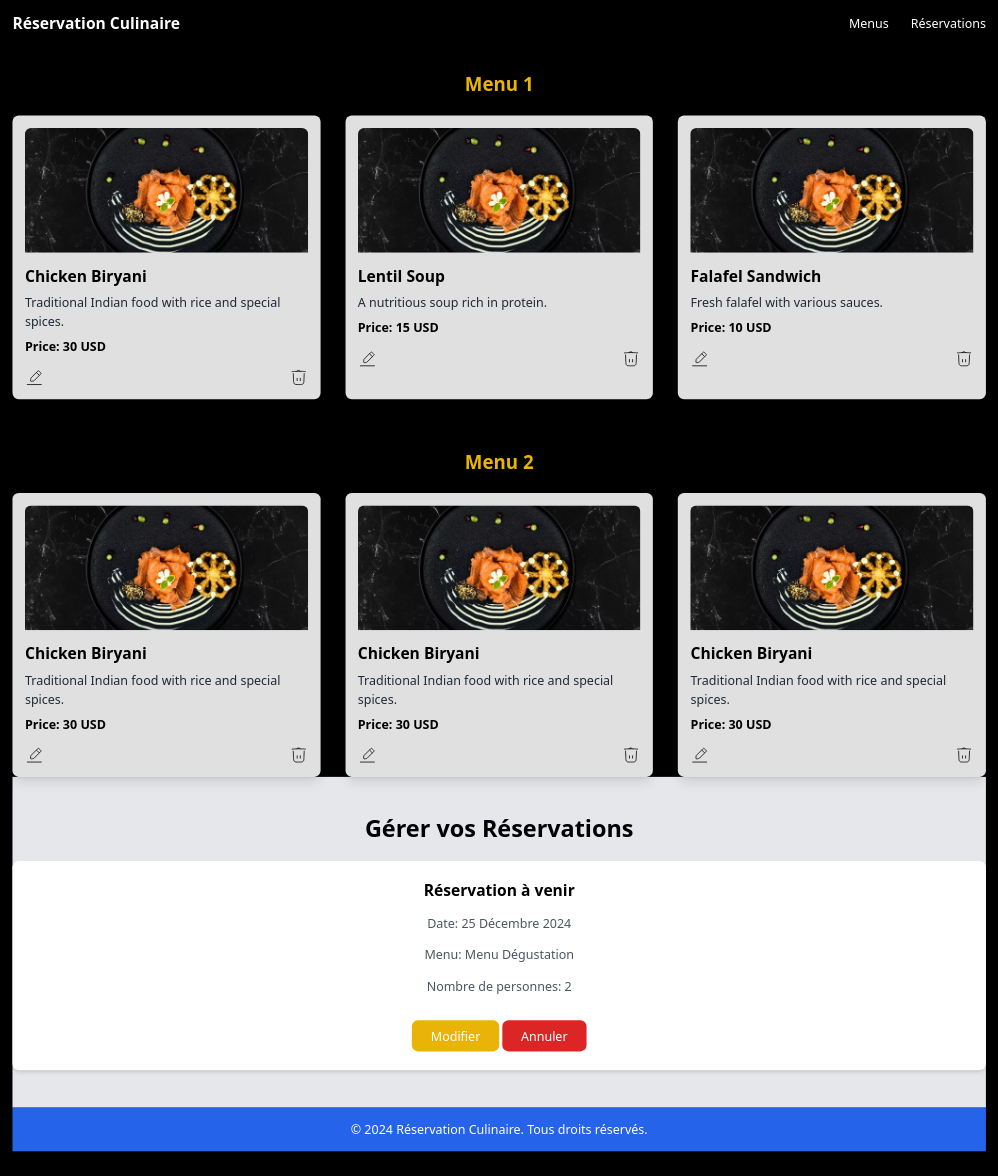
Repository: HamzaChehlaoui/Site-Web-pour-un-Chef-Cuisinier
Page: http://localhost/menuutil.php
These files come from the project's save history. The page is drawn as it stood at one moment and after a run of saves; the edit follows.
The browser window is 1280 px wide. The pictures show the whole page, at 78% of full size.
Some web libraries are served in a nearby version. The page is run by PHP 8.4 with error messages shown; the project is at /var/www/html/.

Above is the page before, as saved 2024-12-18 16:55:48.

### menuutil.php
<!DOCTYPE html>
<html lang="fr">
<head>
    <meta charset="UTF-8">
    <meta name="viewport" content="width=device-width, initial-scale=1.0">
    <title>Réservation d'Expérience Culinaire</title>
    <script src="https://cdn.tailwindcss.com"></script></head>
<body class="bg-black font-sans">

    <!-- Navbar -->
    <header class="bg-black text-white p-4">
        <div class="max-w-7xl mx-auto flex justify-between items-center">
            <h1 class="text-xl font-semibold">Réservation Culinaire</h1>
            <nav class="space-x-6">
                <a href="#menus" class="hover:text-gray-300">Menus</a>
                <a href="#reservations" class="hover:text-gray-300">Réservations</a>
            </nav>
        </div>
    </header>

    <!-- Menu Section -->
    <section class="py-8">
        <div class="container mx-auto px-4">
            <h2 class="text-2xl font-semibold mb-6 text-center text-yellow-500">Menu 1</h2>
            <div class="grid grid-cols-1 sm:grid-cols-2 lg:grid-cols-3 gap-8">
                <!-- Dish 1 -->
                <div class="bg-[#E0E0E0] p-4 rounded-lg shadow-lg hover:shadow-xl hover:bg-[#E0E0E0] transition duration-300">
                    <img src="zalmbloem-met-roomkaas_hr-4.webp" alt="Dish 1" class="w-full h-40 object-cover rounded-t-lg">
                    <h3 class="text-xl font-semibold mt-4 text-black">Chicken Biryani</h3>
                    <p class="text-gray-800 mt-2">Traditional Indian food with rice and special spices.</p>
                    <p class="mt-2 font-bold text-black">Price: 30 USD</p>
                      <!-- Edit and Delete buttons -->
                    <div class="mt-4 flex justify-between">
                    <svg width="24" height="24" viewBox="0 0 24 24" fill="none" xmlns="http://www.w3.org/2000/svg">
                    <path d="M15.7734 4.42255L8.01924 12.2706C7.79291 12.4996 7.67974 12.6142 7.60917 12.7552C7.53859 12.8961 7.51521 13.0544 7.46845 13.3709L7.30803 14.4566C7.12534 15.693 7.034 16.3112 7.40145 16.6645C7.7689 17.0178 8.39306 16.9118 9.64137 16.6999L10.7375 16.5139C11.0571 16.4596 11.2168 16.4325 11.3579 16.3593C11.499 16.2861 11.6121 16.1715 11.8385 15.9425L19.5927 8.09446C20.2553 7.42379 20.5866 7.08846 20.5814 6.67712C20.5761 6.26578 20.2363 5.93906 19.5566 5.28563L18.6209 4.38599C17.9412 3.73256 17.6014 3.40584 17.1844 3.4112C16.7674 3.41655 16.4361 3.75188 15.7734 4.42255Z" stroke="black" stroke-width="null" class="my-path"></path>
                    <path d="M18.3329 9.22206L14.7773 5.6665" stroke="black" stroke-width="null" class="my-path"></path>
                    <path d="M21 21H3" stroke="black" stroke-width="null" stroke-linecap="round" class="my-path"></path>
                    </svg>
                    <!-- delete  -->
                    <svg width="24" height="24" viewBox="0 0 24 24" fill="none" xmlns="http://www.w3.org/2000/svg">
                    <path d="M5 7L5.29949 14.7868C5.41251 17.7252 5.46902 19.1944 6.40719 20.0972C7.34537 21 8.81543 21 11.7555 21H12.2433C15.1842 21 16.6547 21 17.5928 20.0972C18.531 19.1944 18.5875 17.7252 18.7006 14.7868L19 7" stroke="black" stroke-width="null" stroke-linecap="round" class="my-path"></path>
                    <path d="M10 13V16" stroke="black" stroke-width="null" stroke-linecap="round" class="my-path"></path>
                    <path d="M14 13V16" stroke="black" stroke-width="null" stroke-linecap="round" class="my-path"></path>
                    <path d="M20.4706 4.43329C18.6468 4.27371 17.735 4.19392 16.8229 4.13611C13.6109 3.93249 10.3891 3.93249 7.17707 4.13611C6.26506 4.19392 5.35318 4.27371 3.52942 4.43329" stroke="black" stroke-width="null" stroke-linecap="round" class="my-path"></path>
                    <path d="M13.7647 3.95212C13.7647 3.95212 13.3993 2.98339 11.6471 2.9834C9.8949 2.9834 9.52942 3.95211 9.52942 3.95211" stroke="black" stroke-width="null" stroke-linecap="round" class="my-path"></path>
                    </svg>
                    </div>
                </div>
                <!-- Dish 2 -->
                <div class="bg-[#E0E0E0] p-4 rounded-lg shadow-lg hover:shadow-xl hover:bg-[#E0E0E0] transition duration-300">
                    <img src="zalmbloem-met-roomkaas_hr-4.webp" alt="Dish 2" class="w-full h-40 object-cover rounded-t-lg">
                    <h3 class="text-xl font-semibold mt-4 text-black">Lentil Soup</h3>
                    <p class="text-gray-800 mt-2">A nutritious soup rich in protein.</p>
                    <p class="mt-2 font-bold text-black">Price: 15 USD</p>
                      <!-- Edit and Delete buttons -->
                    <div class="mt-4 flex justify-between">
                    <svg width="24" height="24" viewBox="0 0 24 24" fill="none" xmlns="http://www.w3.org/2000/svg">
                    <path d="M15.7734 4.42255L8.01924 12.2706C7.79291 12.4996 7.67974 12.6142 7.60917 12.7552C7.53859 12.8961 7.51521 13.0544 7.46845 13.3709L7.30803 14.4566C7.12534 15.693 7.034 16.3112 7.40145 16.6645C7.7689 17.0178 8.39306 16.9118 9.64137 16.6999L10.7375 16.5139C11.0571 16.4596 11.2168 16.4325 11.3579 16.3593C11.499 16.2861 11.6121 16.1715 11.8385 15.9425L19.5927 8.09446C20.2553 7.42379 20.5866 7.08846 20.5814 6.67712C20.5761 6.26578 20.2363 5.93906 19.5566 5.28563L18.6209 4.38599C17.9412 3.73256 17.6014 3.40584 17.1844 3.4112C16.7674 3.41655 16.4361 3.75188 15.7734 4.42255Z" stroke="black" stroke-width="null" class="my-path"></path>
                    <path d="M18.3329 9.22206L14.7773 5.6665" stroke="black" stroke-width="null" class="my-path"></path>
                    <path d="M21 21H3" stroke="black" stroke-width="null" stroke-linecap="round" class="my-path"></path>
                    </svg>
                    <!-- delete  -->
                    <svg width="24" height="24" viewBox="0 0 24 24" fill="none" xmlns="http://www.w3.org/2000/svg">
                    <path d="M5 7L5.29949 14.7868C5.41251 17.7252 5.46902 19.1944 6.40719 20.0972C7.34537 21 8.81543 21 11.7555 21H12.2433C15.1842 21 16.6547 21 17.5928 20.0972C18.531 19.1944 18.5875 17.7252 18.7006 14.7868L19 7" stroke="black" stroke-width="null" stroke-linecap="round" class="my-path"></path>
                    <path d="M10 13V16" stroke="black" stroke-width="null" stroke-linecap="round" class="my-path"></path>
                    <path d="M14 13V16" stroke="black" stroke-width="null" stroke-linecap="round" class="my-path"></path>
                    <path d="M20.4706 4.43329C18.6468 4.27371 17.735 4.19392 16.8229 4.13611C13.6109 3.93249 10.3891 3.93249 7.17707 4.13611C6.26506 4.19392 5.35318 4.27371 3.52942 4.43329" stroke="black" stroke-width="null" stroke-linecap="round" class="my-path"></path>
                    <path d="M13.7647 3.95212C13.7647 3.95212 13.3993 2.98339 11.6471 2.9834C9.8949 2.9834 9.52942 3.95211 9.52942 3.95211" stroke="black" stroke-width="null" stroke-linecap="round" class="my-path"></path>
                    </svg>
                    </div>
                </div>
                <!-- Dish 3 -->
                <div class="bg-[#E0E0E0] p-4 rounded-lg shadow-lg hover:shadow-xl hover:bg-[#E0E0E0] transition duration-300">
                    <img src="zalmbloem-met-roomkaas_hr-4.webp" alt="Dish 3" class="w-full h-40 object-cover rounded-t-lg">
                    <h3 class="text-xl font-semibold mt-4 text-black">Falafel Sandwich</h3>
                    <p class="text-gray-800 mt-2">Fresh falafel with various sauces.</p>
                    <p class="mt-2 font-bold text-black">Price: 10 USD</p>
                       <!-- Edit and Delete buttons -->
                    <div class="mt-4 flex justify-between">
                        <!-- edit  -->
                    <svg width="24" height="24" viewBox="0 0 24 24" fill="none" xmlns="http://www.w3.org/2000/svg">
                    <path d="M15.7734 4.42255L8.01924 12.2706C7.79291 12.4996 7.67974 12.6142 7.60917 12.7552C7.53859 12.8961 7.51521 13.0544 7.46845 13.3709L7.30803 14.4566C7.12534 15.693 7.034 16.3112 7.40145 16.6645C7.7689 17.0178 8.39306 16.9118 9.64137 16.6999L10.7375 16.5139C11.0571 16.4596 11.2168 16.4325 11.3579 16.3593C11.499 16.2861 11.6121 16.1715 11.8385 15.9425L19.5927 8.09446C20.2553 7.42379 20.5866 7.08846 20.5814 6.67712C20.5761 6.26578 20.2363 5.93906 19.5566 5.28563L18.6209 4.38599C17.9412 3.73256 17.6014 3.40584 17.1844 3.4112C16.7674 3.41655 16.4361 3.75188 15.7734 4.42255Z" stroke="black" stroke-width="null" class="my-path"></path>
                    <path d="M18.3329 9.22206L14.7773 5.6665" stroke="black" stroke-width="null" class="my-path"></path>
                    <path d="M21 21H3" stroke="black" stroke-width="null" stroke-linecap="round" class="my-path"></path>
                    </svg>
                    <!-- delete  -->
                    <svg width="24" height="24" viewBox="0 0 24 24" fill="none" xmlns="http://www.w3.org/2000/svg">
                    <path d="M5 7L5.29949 14.7868C5.41251 17.7252 5.46902 19.1944 6.40719 20.0972C7.34537 21 8.81543 21 11.7555 21H12.2433C15.1842 21 16.6547 21 17.5928 20.0972C18.531 19.1944 18.5875 17.7252 18.7006 14.7868L19 7" stroke="black" stroke-width="null" stroke-linecap="round" class="my-path"></path>
                    <path d="M10 13V16" stroke="black" stroke-width="null" stroke-linecap="round" class="my-path"></path>
                    <path d="M14 13V16" stroke="black" stroke-width="null" stroke-linecap="round" class="my-path"></path>
                    <path d="M20.4706 4.43329C18.6468 4.27371 17.735 4.19392 16.8229 4.13611C13.6109 3.93249 10.3891 3.93249 7.17707 4.13611C6.26506 4.19392 5.35318 4.27371 3.52942 4.43329" stroke="black" stroke-width="null" stroke-linecap="round" class="my-path"></path>
                    <path d="M13.7647 3.95212C13.7647 3.95212 13.3993 2.98339 11.6471 2.9834C9.8949 2.9834 9.52942 3.95211 9.52942 3.95211" stroke="black" stroke-width="null" stroke-linecap="round" class="my-path"></path>
                    </svg>
                    </div>
                </div>
                </div>
            </div>
        </div>
         <!-- /* From Uiverse.io by OnCloud125252 */  -->

    </section>
    <section class="py-8">
        <div class="container mx-auto px-4">
            <h2 class="text-2xl font-semibold mb-6 text-center text-yellow-500">Menu 2</h2>
            <div class="grid grid-cols-1 sm:grid-cols-2 lg:grid-cols-3 gap-8">
                <!-- Repeat the dishes here with Edit and Delete buttons -->
                <div class="bg-[#E0E0E0] p-4 rounded-lg shadow-lg hover:shadow-xl hover:bg-[#E0E0E0] transition duration-300">
                    <img src="zalmbloem-met-roomkaas_hr-4.webp" alt="Dish 1" class="w-full h-40 object-cover rounded-t-lg">
                    <h3 class="text-xl font-semibold mt-4 text-black">Chicken Biryani</h3>
                    <p class="text-gray-800 mt-2">Traditional Indian food with rice and special spices.</p>
                    <p class="mt-2 font-bold text-black">Price: 30 USD</p>
                      <!-- Edit and Delete buttons -->
                    <div class="mt-4 flex justify-between">
                        <!-- edit  -->
                    <svg width="24" height="24" viewBox="0 0 24 24" fill="none" xmlns="http://www.w3.org/2000/svg">
                    <path d="M15.7734 4.42255L8.01924 12.2706C7.79291 12.4996 7.67974 12.6142 7.60917 12.7552C7.53859 12.8961 7.51521 13.0544 7.46845 13.3709L7.30803 14.4566C7.12534 15.693 7.034 16.3112 7.40145 16.6645C7.7689 17.0178 8.39306 16.9118 9.64137 16.6999L10.7375 16.5139C11.0571 16.4596 11.2168 16.4325 11.3579 16.3593C11.499 16.2861 11.6121 16.1715 11.8385 15.9425L19.5927 8.09446C20.2553 7.42379 20.5866 7.08846 20.5814 6.67712C20.5761 6.26578 20.2363 5.93906 19.5566 5.28563L18.6209 4.38599C17.9412 3.73256 17.6014 3.40584 17.1844 3.4112C16.7674 3.41655 16.4361 3.75188 15.7734 4.42255Z" stroke="black" stroke-width="null" class="my-path"></path>
                    <path d="M18.3329 9.22206L14.7773 5.6665" stroke="black" stroke-width="null" class="my-path"></path>
                    <path d="M21 21H3" stroke="black" stroke-width="null" stroke-linecap="round" class="my-path"></path>
                    </svg>
                    <!-- delete  -->
                    <svg width="24" height="24" viewBox="0 0 24 24" fill="none" xmlns="http://www.w3.org/2000/svg">
                    <path d="M5 7L5.29949 14.7868C5.41251 17.7252 5.46902 19.1944 6.40719 20.0972C7.34537 21 8.81543 21 11.7555 21H12.2433C15.1842 21 16.6547 21 17.5928 20.0972C18.531 19.1944 18.5875 17.7252 18.7006 14.7868L19 7" stroke="black" stroke-width="null" stroke-linecap="round" class="my-path"></path>
                    <path d="M10 13V16" stroke="black" stroke-width="null" stroke-linecap="round" class="my-path"></path>
                    <path d="M14 13V16" stroke="black" stroke-width="null" stroke-linecap="round" class="my-path"></path>
                    <path d="M20.4706 4.43329C18.6468 4.27371 17.735 4.19392 16.8229 4.13611C13.6109 3.93249 10.3891 3.93249 7.17707 4.13611C6.26506 4.19392 5.35318 4.27371 3.52942 4.43329" stroke="black" stroke-width="null" stroke-linecap="round" class="my-path"></path>
                    <path d="M13.7647 3.95212C13.7647 3.95212 13.3993 2.98339 11.6471 2.9834C9.8949 2.9834 9.52942 3.95211 9.52942 3.95211" stroke="black" stroke-width="null" stroke-linecap="round" class="my-path"></path>
                    </svg>
                    </div>
                </div>
                <!-- Dish 1 -->
                <div class="bg-[#E0E0E0] p-4 rounded-lg shadow-lg hover:shadow-xl hover:bg-[#E0E0E0] transition duration-300">
                    <img src="zalmbloem-met-roomkaas_hr-4.webp" alt="Dish 1" class="w-full h-40 object-cover rounded-t-lg">
                    <h3 class="text-xl font-semibold mt-4 text-black">Chicken Biryani</h3>
                    <p class="text-gray-800 mt-2">Traditional Indian food with rice and special spices.</p>
                    <p class="mt-2 font-bold text-black">Price: 30 USD</p>
                      <!-- Edit and Delete buttons -->
                    <div class="mt-4 flex justify-between">
                    <svg width="24" height="24" viewBox="0 0 24 24" fill="none" xmlns="http://www.w3.org/2000/svg">
                    <path d="M15.7734 4.42255L8.01924 12.2706C7.79291 12.4996 7.67974 12.6142 7.60917 12.7552C7.53859 12.8961 7.51521 13.0544 7.46845 13.3709L7.30803 14.4566C7.12534 15.693 7.034 16.3112 7.40145 16.6645C7.7689 17.0178 8.39306 16.9118 9.64137 16.6999L10.7375 16.5139C11.0571 16.4596 11.2168 16.4325 11.3579 16.3593C11.499 16.2861 11.6121 16.1715 11.8385 15.9425L19.5927 8.09446C20.2553 7.42379 20.5866 7.08846 20.5814 6.67712C20.5761 6.26578 20.2363 5.93906 19.5566 5.28563L18.6209 4.38599C17.9412 3.73256 17.6014 3.40584 17.1844 3.4112C16.7674 3.41655 16.4361 3.75188 15.7734 4.42255Z" stroke="black" stroke-width="null" class="my-path"></path>
                    <path d="M18.3329 9.22206L14.7773 5.6665" stroke="black" stroke-width="null" class="my-path"></path>
                    <path d="M21 21H3" stroke="black" stroke-width="null" stroke-linecap="round" class="my-path"></path>
                    </svg>
                    <!-- delete  -->
                    <svg width="24" height="24" viewBox="0 0 24 24" fill="none" xmlns="http://www.w3.org/2000/svg">
                    <path d="M5 7L5.29949 14.7868C5.41251 17.7252 5.46902 19.1944 6.40719 20.0972C7.34537 21 8.81543 21 11.7555 21H12.2433C15.1842 21 16.6547 21 17.5928 20.0972C18.531 19.1944 18.5875 17.7252 18.7006 14.7868L19 7" stroke="black" stroke-width="null" stroke-linecap="round" class="my-path"></path>
                    <path d="M10 13V16" stroke="black" stroke-width="null" stroke-linecap="round" class="my-path"></path>
                    <path d="M14 13V16" stroke="black" stroke-width="null" stroke-linecap="round" class="my-path"></path>
                    <path d="M20.4706 4.43329C18.6468 4.27371 17.735 4.19392 16.8229 4.13611C13.6109 3.93249 10.3891 3.93249 7.17707 4.13611C6.26506 4.19392 5.35318 4.27371 3.52942 4.43329" stroke="black" stroke-width="null" stroke-linecap="round" class="my-path"></path>
                    <path d="M13.7647 3.95212C13.7647 3.95212 13.3993 2.98339 11.6471 2.9834C9.8949 2.9834 9.52942 3.95211 9.52942 3.95211" stroke="black" stroke-width="null" stroke-linecap="round" class="my-path"></path>
                    </svg>  </div>
                </div>
            <!-- Dish 1 -->
            <div class="bg-[#E0E0E0] p-4 rounded-lg shadow-lg hover:shadow-xl hover:bg-[#E0E0E0] transition duration-300">
                    <img src="zalmbloem-met-roomkaas_hr-4.webp" alt="Dish 1" class="w-full h-40 object-cover rounded-t-lg">
                    <h3 class="text-xl font-semibold mt-4 text-black">Chicken Biryani</h3>
                    <p class="text-gray-800 mt-2">Traditional Indian food with rice and special spices.</p>
                    <p class="mt-2 font-bold text-black">Price: 30 USD</p>
                      <!-- Edit and Delete buttons -->
                    <div class="mt-4 flex justify-between">
                    <svg width="24" height="24" viewBox="0 0 24 24" fill="none" xmlns="http://www.w3.org/2000/svg">
                    <path d="M15.7734 4.42255L8.01924 12.2706C7.79291 12.4996 7.67974 12.6142 7.60917 12.7552C7.53859 12.8961 7.51521 13.0544 7.46845 13.3709L7.30803 14.4566C7.12534 15.693 7.034 16.3112 7.40145 16.6645C7.7689 17.0178 8.39306 16.9118 9.64137 16.6999L10.7375 16.5139C11.0571 16.4596 11.2168 16.4325 11.3579 16.3593C11.499 16.2861 11.6121 16.1715 11.8385 15.9425L19.5927 8.09446C20.2553 7.42379 20.5866 7.08846 20.5814 6.67712C20.5761 6.26578 20.2363 5.93906 19.5566 5.28563L18.6209 4.38599C17.9412 3.73256 17.6014 3.40584 17.1844 3.4112C16.7674 3.41655 16.4361 3.75188 15.7734 4.42255Z" stroke="black" stroke-width="null" class="my-path"></path>
                    <path d="M18.3329 9.22206L14.7773 5.6665" stroke="black" stroke-width="null" class="my-path"></path>
                    <path d="M21 21H3" stroke="black" stroke-width="null" stroke-linecap="round" class="my-path"></path>
                    </svg>
                    <!-- delete  -->
                    <svg width="24" height="24" viewBox="0 0 24 24" fill="none" xmlns="http://www.w3.org/2000/svg">
                    <path d="M5 7L5.29949 14.7868C5.41251 17.7252 5.46902 19.1944 6.40719 20.0972C7.34537 21 8.81543 21 11.7555 21H12.2433C15.1842 21 16.6547 21 17.5928 20.0972C18.531 19.1944 18.5875 17.7252 18.7006 14.7868L19 7" stroke="black" stroke-width="null" stroke-linecap="round" class="my-path"></path>
                    <path d="M10 13V16" stroke="black" stroke-width="null" stroke-linecap="round" class="my-path"></path>
                    <path d="M14 13V16" stroke="black" stroke-width="null" stroke-linecap="round" class="my-path"></path>
                    <path d="M20.4706 4.43329C18.6468 4.27371 17.735 4.19392 16.8229 4.13611C13.6109 3.93249 10.3891 3.93249 7.17707 4.13611C6.26506 4.19392 5.35318 4.27371 3.52942 4.43329" stroke="black" stroke-width="null" stroke-linecap="round" class="my-path"></path>
                    <path d="M13.7647 3.95212C13.7647 3.95212 13.3993 2.98339 11.6471 2.9834C9.8949 2.9834 9.52942 3.95211 9.52942 3.95211" stroke="black" stroke-width="null" stroke-linecap="round" class="my-path"></path>
                    </svg>  </div>
                </div>
            </div>
    <!-- Reservation Section -->
    <section id="reservations" class="py-12 bg-gray-200">
        <div class="max-w-7xl mx-auto text-center">
            <h2 class="text-3xl font-bold mb-6">Gérer vos Réservations</h2>

            <div class="bg-white p-6 rounded-lg shadow-md">
                <h3 class="text-xl font-semibold mb-4">Réservation à venir</h3>
                <p class="text-gray-600 mb-4">Date: 25 Décembre 2024</p>
                <p class="text-gray-600 mb-4">Menu: Menu Dégustation</p>
                <p class="text-gray-600 mb-4">Nombre de personnes: 2</p>
                <button class="mt-4 px-6 py-2 bg-yellow-500 text-white rounded-lg hover:bg-yellow-600">Modifier</button>
                <button class="mt-4 px-6 py-2 bg-red-600 text-white rounded-lg hover:bg-red-700">Annuler</button>
            </div>
        </div>
    </section>

    <!-- Footer -->
    <footer class="bg-blue-600 text-white text-center py-4">
        <p>&copy; 2024 Réservation Culinaire. Tous droits réservés.</p>
    </footer>

</body>
</html>

After the next 2 saves:
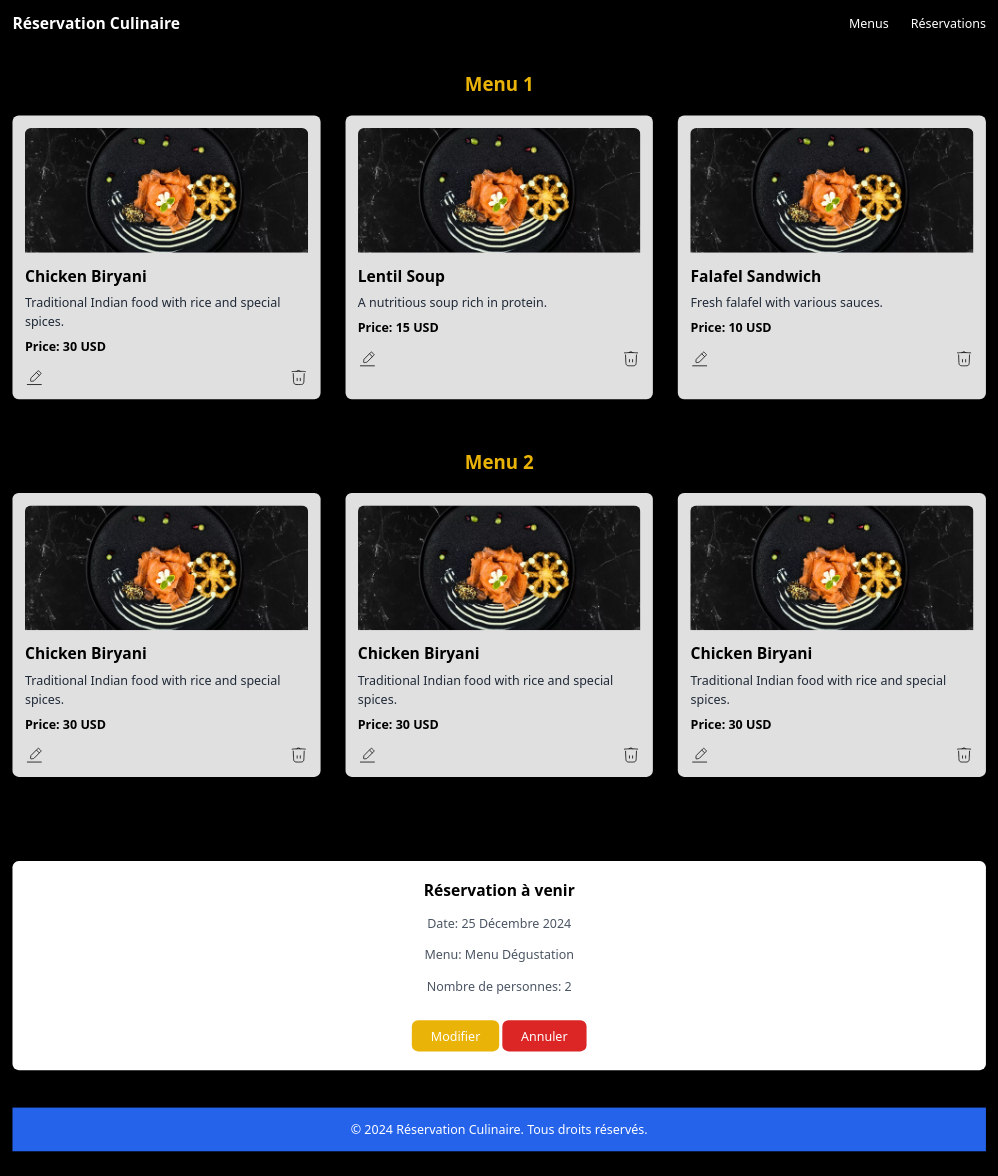
The 2 saves are shown as one change because they came seconds apart.
The last was saved 66 s later.
--- a/menuutil.php
+++ b/menuutil.php
@@ -173,7 +173,7 @@
                 </div>
             </div>
     <!-- Reservation Section -->
-    <section id="reservations" class="py-12 bg-gray-200">
+    <section id="reservations" class="py-12 bg-black">
         <div class="max-w-7xl mx-auto text-center">
             <h2 class="text-3xl font-bold mb-6">Gérer vos Réservations</h2>
 
